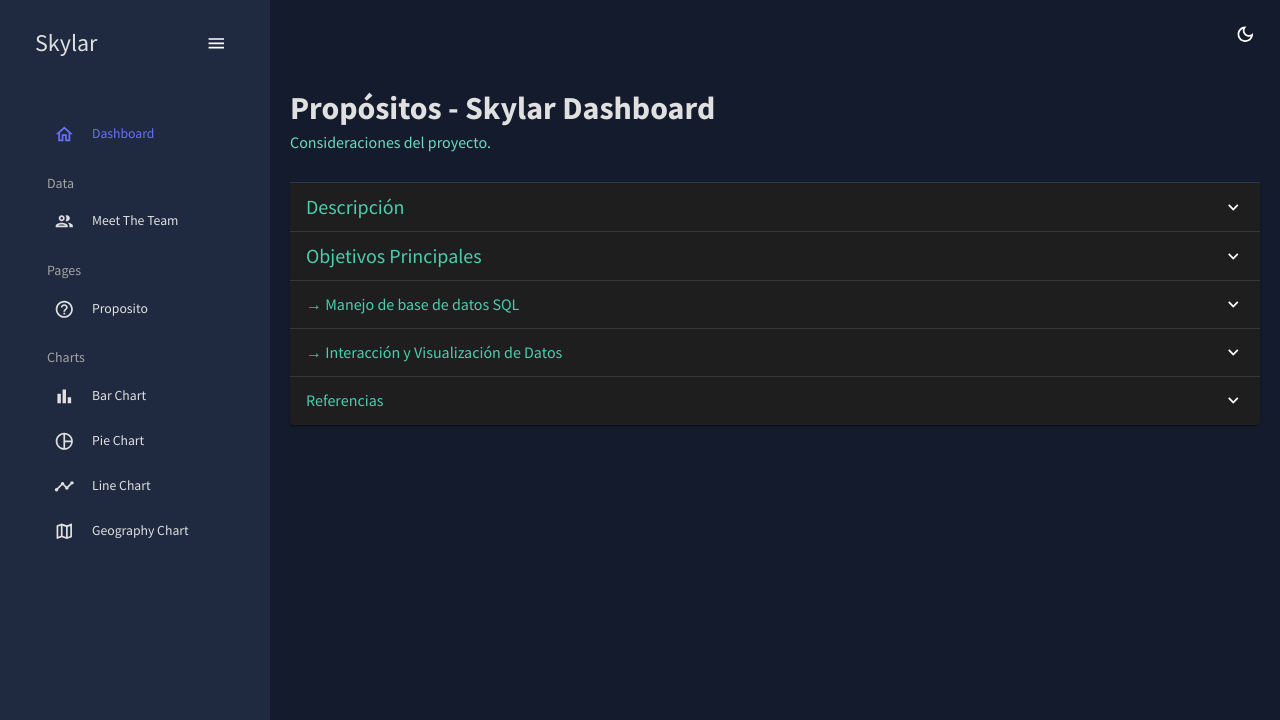
Repository: Carpinteron/Dashboard-DatabaseProject
Page: /faq (app in react-admin-dashboard-master/)
The author's editor kept a copy of each file at every save. The page is drawn from the files as they stood at one save, then again after the next save.
The browser window is 1280 px wide. The pictures show the whole page.
The project was rebuilt for these pictures with package versions that can differ from the ones it lists, and the page was loaded fresh each time. Also part of the build but not shown: react-admin-dashboard-master/src/data/mockData.js, react-admin-dashboard-master/src/components/LineChart.jsx, react-admin-dashboard-master/src/components/GeographyChart.jsx, react-admin-dashboard-master/src/components/BarChart.jsx, react-admin-dashboard-master/src/components/BarChart2.jsx, react-admin-dashboard-master/src/components/ProgressCircle.jsx, react-admin-dashboard-master/src/components/StatBox.jsx, react-admin-dashboard-master/src/scenes/dashboard/index.jsx and 8 more.

Above is the page before, as saved 2025-05-06 12:10:28.

After the next save:
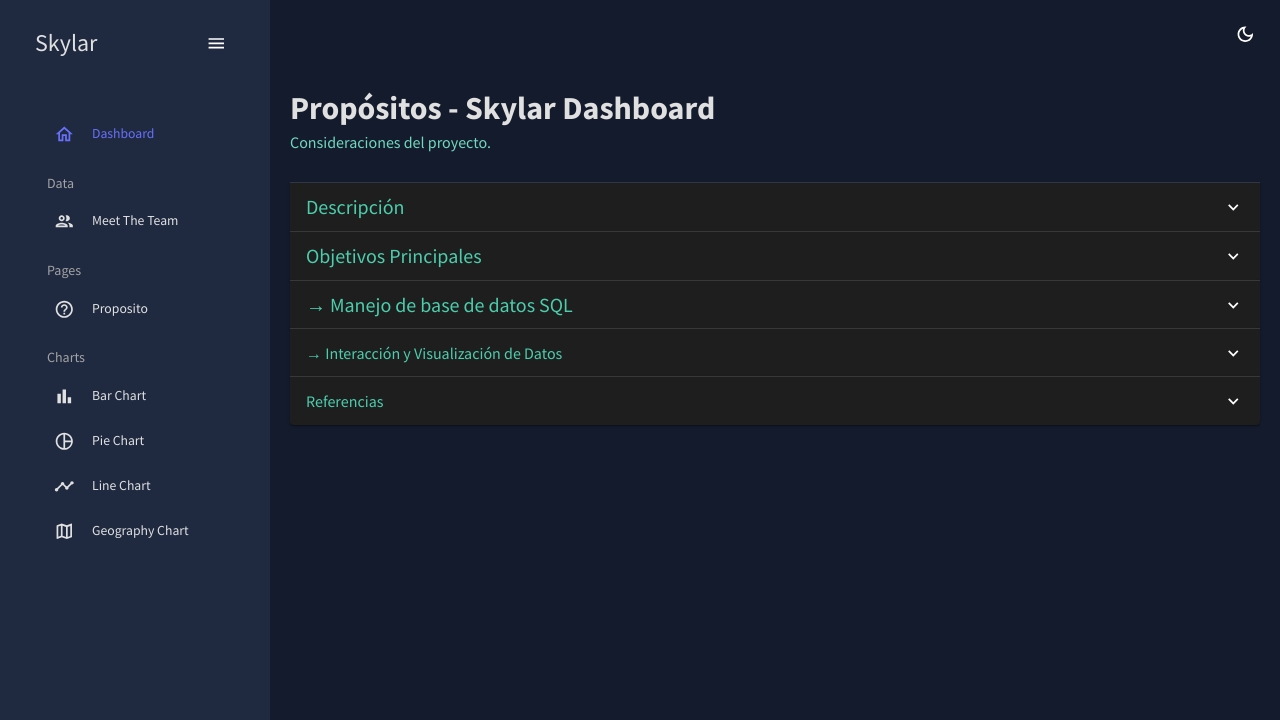
Saved 9 s later.
--- a/react-admin-dashboard-master/src/scenes/faq/index.jsx
+++ b/react-admin-dashboard-master/src/scenes/faq/index.jsx
@@ -50,7 +50,7 @@ const FAQ = () => {
       </Accordion>
       <Accordion falseExpanded>
         <AccordionSummary expandIcon={<ExpandMoreIcon />}>
-          <Typography color={colors.greenAccent[500]} variant="h5">
+          <Typography color={colors.greenAccent[500]} variant="h4">
           → Manejo de base de datos SQL
           </Typography>
         </AccordionSummary>
